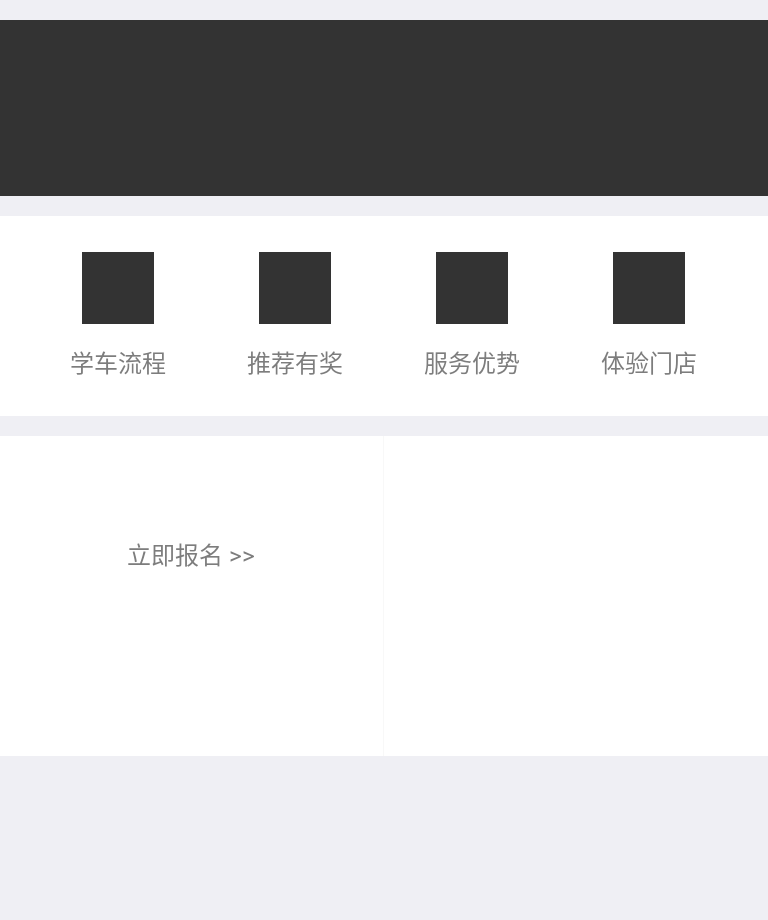
Repository: BugBang/paipaixueche
Layout: DGJP/res/layout/act_home_pager.xml
An editor plug-in stored every save of this project. The layout is shown before and after the next save, followed by the edit.
The pictures show rows 360 to 1280 of an output 1280 px tall.
It is drawn on a 768 x 1280 px phone screen (xhdpi) without system bars, with theme android:Theme; the app's code is not run.

Above is the layout before, as saved 2016-11-11 08:48:20.

### DGJP/res/layout/act_home_pager.xml
<?xml version="1.0" encoding="utf-8"?>

<LinearLayout
    xmlns:android="http://schemas.android.com/apk/res/android"
    xmlns:app="http://schemas.android.com/apk/res-auto"
    android:layout_width="match_parent"
    android:background="@color/gray_bg"
    android:layout_height="match_parent"
    android:orientation="vertical" >
    <RelativeLayout
        android:layout_width="match_parent"
	    android:layout_height="180dp">
       <!-- -->  <com.session.dgjp.view.CarouselView
	        android:id="@+id/top_ad_view"
	        android:layout_width="match_parent"
		    android:layout_height="180dp"
        />
        <RelativeLayout
            android:background="@android:color/transparent"
            android:orientation="horizontal"
            android:layout_width="match_parent"
            android:layout_height="@dimen/view_48"
            >
            <TextView
                android:id="@+id/tv_local"
                android:textColor="@color/white"
                android:layout_centerVertical="true"
                android:layout_marginLeft="@dimen/view_20"
                android:layout_width="wrap_content"
                android:layout_height="wrap_content"
                android:textSize="@dimen/text_medium_xx"
                android:text="@string/home_tv_local"
                />
            <TextView
                android:textColor="@color/white"
                android:layout_centerInParent="true"
                android:layout_width="wrap_content"
                android:layout_height="wrap_content"
                android:textSize="@dimen/text_title"
                android:text="@string/home_tv_title"
                />
            <TextView
                android:id="@+id/tv_call"
                android:textColor="@color/white"
                android:layout_centerVertical="true"
                android:layout_alignParentRight="true"
                android:layout_marginRight="@dimen/view_20"
                android:layout_width="wrap_content"
                android:layout_height="wrap_content"
                android:textSize="@dimen/text_medium_xx"
                android:text="@string/home_tv_call"
                />
        </RelativeLayout>
    </RelativeLayout>

    <ImageView
        android:layout_marginTop="@dimen/view_10"
        android:layout_width="match_parent"
        android:layout_height="@dimen/view_88"
        android:background="@color/black_333333"
        />

    <LinearLayout
        android:paddingLeft="@dimen/view_15"
        android:paddingRight="@dimen/view_15"
        android:orientation="horizontal"
        android:background="@color/white"
        android:layout_marginTop="@dimen/view_10"
        android:layout_width="match_parent"
        android:layout_height="@dimen/view_100"
        >
        <LinearLayout
            android:orientation="vertical"
            android:layout_width="0dp"
            android:layout_weight="1"
            android:gravity="center"
            android:layout_height="match_parent"
            >
            <ImageView
                android:layout_width="@dimen/view_36"
                android:layout_height="@dimen/view_36"
                android:background="@color/black_333333"
                />
            <TextView
                android:layout_marginTop="10dp"
                android:gravity="center"
                android:layout_width="match_parent"
                android:layout_height="wrap_content"
                android:text="学车流程"
                android:textSize="@dimen/text_medium_x"
                android:textColor="@color/text_gray_dark2"
                />

        </LinearLayout>
        <LinearLayout
            android:orientation="vertical"
            android:layout_width="0dp"
            android:layout_weight="1"
            android:gravity="center"
            android:layout_height="match_parent"
            >
            <ImageView
                android:layout_width="@dimen/view_36"
                android:layout_height="@dimen/view_36"
                android:background="@color/black_333333"
                />
            <TextView
                android:layout_marginTop="10dp"
                android:gravity="center"
                android:layout_width="match_parent"
                android:layout_height="wrap_content"
                android:text="推荐有奖"
                android:textSize="@dimen/text_medium_x"
                android:textColor="@color/text_gray_dark2"
                />
        </LinearLayout>
        <LinearLayout
            android:orientation="vertical"
            android:layout_width="0dp"
            android:layout_weight="1"
            android:gravity="center"
            android:layout_height="match_parent"
            >
            <ImageView
                android:layout_width="@dimen/view_36"
                android:layout_height="@dimen/view_36"
                android:background="@color/black_333333"
                />
            <TextView
                android:layout_marginTop="10dp"
                android:gravity="center"
                android:layout_width="match_parent"
                android:layout_height="wrap_content"
                android:text="服务优势"
                android:textSize="@dimen/text_medium_x"
                android:textColor="@color/text_gray_dark2"
                />

        </LinearLayout>
        <LinearLayout
            android:orientation="vertical"
            android:layout_width="0dp"
            android:gravity="center"
            android:layout_weight="1"
            android:layout_height="match_parent"
            >
            <ImageView
                android:layout_width="@dimen/view_36"
                android:layout_height="@dimen/view_36"
                android:background="@color/black_333333"
                />
            <TextView
                android:layout_marginTop="10dp"
                android:gravity="center"
                android:layout_width="match_parent"
                android:layout_height="wrap_content"
                android:text="体验门店"
                android:textSize="@dimen/text_medium_x"
                android:textColor="@color/text_gray_dark2"
                />
        </LinearLayout>


    </LinearLayout>

    <LinearLayout
        android:layout_marginTop="10dp"
        android:layout_width="match_parent"
        android:layout_height="160dp"
        android:orientation="horizontal"
        android:background="@color/white"
        >
        <LinearLayout
            android:gravity="center"
            android:layout_width="0dp"
            android:orientation="vertical"
            android:layout_weight="1"
            android:layout_height="match_parent"
            >
            <TextView
                android:layout_width="wrap_content"
                android:layout_height="wrap_content"
                android:text="立即报名 >>"
                android:textSize="@dimen/text_medium_x"
                android:textColor="@color/text_gray_dark2"
                />
            <ImageView
                android:layout_width="@dimen/view_42"
                android:layout_height="@dimen/view_42"
                />

        </LinearLayout>
        <View
            android:layout_height="match_parent"
            android:layout_width="0.5dp"
            android:background="@color/gray_F8F8F8"
            />

         <LinearLayout
             android:gravity="center"
            android:layout_width="0dp"
            android:layout_weight="1"
            android:layout_height="match_parent"
            >

        </LinearLayout>

    </LinearLayout>

</LinearLayout>

### DGJP/res/values/colors.xml
<?xml version="1.0" encoding="utf-8"?>
<resources>

    <color name="common_background">#EBEBEB</color>
    <color name="common_background_transparent">#AAEBEBEB</color>
    <color name="dialog_background">#EEEEEE</color>
    <color name="text_title">#555555</color>
    <color name="divider">#D2D2D2</color>
    <color name="blue">#1990DE</color>
    <color name="blue_00BFF3">#00BFF3</color>
    <color name="red">#FF3000</color>
    <color name="red_FF0808">#FF0808</color>
    <color name="red_pressed">#DD2222</color>
    <color name="pure_red">#FF0000</color>
    <color name="gray">#B8B8B8</color>
    <color name="blue_press">#0F7CC4</color>
    <color name="stroke_blue">#1990DE</color>
    <color name="white">#FFFFFF</color>
    <color name="bg_message_time">#F4F4F4</color>
    <color name="green_00A00B">#00A00B</color>
    <color name="gray_666666">#666666</color>
    <color name="gray_999999">#999999</color>
    <color name="gray_A8A8A8">#A8A8A8</color>
    <color name="gray_ADADAD">#ADADAD</color>
    <color name="gray_9B9B9B">#9B9B9B</color>
    <color name="gray_EFEFEF">#EFEFEF</color>
    <color name="gray_F3F3F3">#F3F3F3</color>
    <color name="gray_A3A3A3">#A3A3A3</color>
    <color name="orange_FF7200">#FF7200</color>
    <color name="orange_E56701">#E56701</color>
    <color name="gray_D7D7D7">#D7D7D7</color>
    <color name="gray_D2D2D2">#D2D2D2</color>
    <color name="gray_EDEDED">#EDEDED</color>
    <color name="yellow_FEB53F">#FEB53F</color>
    <color name="blue_68DAFC">#68DAFC</color>
    <color name="black_333333">#333333</color>
    <color name="gray_888888">#888888</color>
    <color name="gray_F4F4F4">#F4F4F4</color>
    <color name="gray_F2F2F2">#F2F2F2</color>
    <color name="gray_EEEEEE">#EEEEEE</color>
    <color name="gray_989898">#989898</color>
    <color name="gray_CCCCCC">#CCCCCC</color>
    <color name="gray_FAFAFA">#FAFAFA</color>
    <color name="gray_F8F8F8">#F8F8F8</color>
    <color name="gray_bg">#efeff4</color>

    <!-- 字体颜色 -->
    <color name="text_blue">@color/blue</color>
    <color name="text_blue_press">@color/blue_press</color>
    <color name="text_gray">#919191</color>
    <color name="text_white">@color/white</color>
    <color name="text_orange">#FF7200</color>
    <color name="text_hint">#B8B8B8</color>
    <color name="text_msg">#707070</color>
    <color name="text_black">#333333</color>
    <color name="text_gray_dark">#888888</color>
    <color name="text_gray_dark2">#7d7d7d</color>
    <color name="text_about_version">#9E9E9E</color>
    <color name="text_about_declare">#AAAAAA</color>
    <color name="text_id_blue">#0E6CEC</color>
    <color name="radio_text_normal">#606060</color>
    <color name="red_FC7D0D">#FC7D0D</color>

    <!-- 扫描二维码 -->
    <color name="result_view">#b0000000</color>
    <color name="viewfinder_mask">#60000000</color>
    <color name="possible_result_points">#00000000</color>

</resources>

### DGJP/res/values/dimens.xml
<?xml version="1.0" encoding="utf-8"?>
<resources>
    <!-- 界面 -->
    <dimen name="title_height">49dp</dimen>
    <dimen name="divider">1px</dimen>
    <dimen name="divider_minus">-1px</dimen>
    <dimen name="stroke">@dimen/view_1</dimen>
    <dimen name="btn_corner">3dp</dimen>
    <dimen name="dialog_corner">5dp</dimen>
    <dimen name="stroke_null">-1dp</dimen>
    <dimen name="msg_ring">18dp</dimen>
    <dimen name="about_logo">56dp</dimen>

    <!-- 常量 -->
    <dimen name="view_minus_1">-1dp</dimen>
    <dimen name="view_0">0dp</dimen>
    <dimen name="view_1">1dp</dimen>
    <dimen name="view_2">2dp</dimen>
    <dimen name="view_2_5">2.5dp</dimen>
    <dimen name="view_3">3dp</dimen>
    <dimen name="view_3_5">3.5dp</dimen>
    <dimen name="view_4">4dp</dimen>
    <dimen name="view_5">5dp</dimen>
    <dimen name="view_6">6dp</dimen>
    <dimen name="view_6_5">6.5dp</dimen>
    <dimen name="view_7">7dp</dimen>
    <dimen name="view_7_5">7.5dp</dimen>
    <dimen name="view_8">8dp</dimen>
    <dimen name="view_9">9dp</dimen>
    <dimen name="view_10">10dp</dimen>
    <dimen name="view_11">11dp</dimen>
    <dimen name="view_12">12dp</dimen>
    <dimen name="view_13">13dp</dimen>
    <dimen name="view_14">14dp</dimen>
    <dimen name="view_15">15dp</dimen>
    <dimen name="view_16">16dp</dimen>
    <dimen name="view_17">17dp</dimen>
    <dimen name="view_18">18dp</dimen>
    <dimen name="view_19">19dp</dimen>
    <dimen name="view_20">20dp</dimen>
    <dimen name="view_21">21dp</dimen>
    <dimen name="view_22">22dp</dimen>
    <dimen name="view_23">23dp</dimen>
    <dimen name="view_25">25dp</dimen>
    <dimen name="view_24">24dp</dimen>
    <dimen name="view_26">26dp</dimen>
    <dimen name="view_27">27dp</dimen>
    <dimen name="view_29">29dp</dimen>
    <dimen name="view_30">30dp</dimen>
    <dimen name="view_31">31dp</dimen>
    <dimen name="view_32">32dp</dimen>
    <dimen name="view_33">33dp</dimen>
    <dimen name="view_34">34dp</dimen>
    <dimen name="view_35">35dp</dimen>
    <dimen name="view_36">36dp</dimen>
    <dimen name="view_39">39dp</dimen>
    <dimen name="view_40">40dp</dimen>
    <dimen name="view_42">42dp</dimen>
    <dimen name="view_44">44dp</dimen>
    <dimen name="view_48">48dp</dimen>
    <dimen name="view_49">49dp</dimen>
    <dimen name="view_50">50dp</dimen>
    <dimen name="view_60">60dp</dimen>
    <dimen name="view_65">65dp</dimen>
    <dimen name="view_68">68dp</dimen>
    <dimen name="view_74">74dp</dimen>
    <dimen name="view_80">80dp</dimen>
    <dimen name="view_88">88dp</dimen>
    <dimen name="view_100">100dp</dimen>
    <dimen name="view_136">136dp</dimen>
    <dimen name="view_150">150dp</dimen>
    <dimen name="view_170">170dp</dimen>
    <dimen name="view_180">180dp</dimen>
    <dimen name="view_234">234dp</dimen>
    <dimen name="view_260">260dp</dimen>

    <!-- 引用常量的配置 -->
    <dimen name="login_logo_padding">@dimen/view_30</dimen>
    <dimen name="et_right">@dimen/view_0</dimen>
    <dimen name="et_corner">@dimen/view_1</dimen>
    <dimen name="pager_paddding">8.5dp</dimen>
    <dimen name="et_login_height">@dimen/view_50</dimen>
    <dimen name="et_paddding">@dimen/view_15</dimen>
    <dimen name="et_drawable_paddding">@dimen/view_5</dimen>
    <dimen name="btn_small">@dimen/view_30</dimen>
    <dimen name="btn_medium">36.5dp</dimen>
    <dimen name="login_et_margin_top">@dimen/view_30</dimen>
    <dimen name="about_menu_height">@dimen/view_50</dimen>
    <dimen name="about_person_info_height">@dimen/view_30</dimen>

    <!-- 字体 -->
    <!-- <dimen name="text_small">13sp</dimen>
    <dimen name="text_small_x">14sp</dimen> -->
    <dimen name="text_small">9sp</dimen>
    <dimen name="text_9_5">9.5sp</dimen>
    <dimen name="text_small_x">10sp</dimen>
    <dimen name="text_medium">11sp</dimen>
    <dimen name="text_medium_x">12sp</dimen>
    <dimen name="text_12_5">12.5sp</dimen>
    <dimen name="text_medium_xx">13sp</dimen>
    <dimen name="text_medium_xxx">14sp</dimen>
    <dimen name="text_large">15sp</dimen>
    <dimen name="text_title">16sp</dimen>
    <dimen name="text_btn">18sp</dimen>
    <dimen name="password_text">15sp</dimen>
</resources>

### DGJP/res/values/strings.xml
<?xml version="1.0" encoding="utf-8"?>
<resources>

    <!-- 通用 -->
    <string name="colon">：</string>
    <string name="confirm">确定</string>
    <string name="cancel">取消</string>
    <string name="default_error_msg">应用异常，请稍后重试</string>
    <string name="query_datas_fail">查询数据失败，请稍后重试</string>
    <string name="no_data">无记录</string>
    <string name="unknown">未知</string>
    <string name="querying">正在查询</string>
    <string name="submitting_request">正在提交请求</string>
    <string name="submit_fail">请求失败</string>
    <string name="operation_success">操作成功</string>
    <string name="back">返回</string>
    <string name="hint">提示</string>

    <!-- 密码 -->
    <string name="set_password_hint">请设置您的支付密码以便后续操作</string>
    <string name="set_password">设置支付密码</string>
    <string name="modify_password">修改支付密码</string>
    <string name="old_password">原密码</string>
    <string name="new_password">新密码</string>
    <string name="new_password_again">确认新密码</string>
    <string name="hint_old">请输入原密码</string>
    <string name="hint_new">请输入6位数字的新密码</string>
    <string name="hint_new_again">请再次输入新密码</string>
    <string name="id_card">身份证号码</string>
    <string name="id_card_hint">请输入身份证号码</string>
    <string name="verify_code">验证码</string>
    <string name="save">保存</string>

    <!-- 预约时间选择 -->
    <string name="select_date">选择日期</string>
    <string name="select_period">选择时段</string>
    <string name="app_name">拍拍学车</string>
    <string name="version_name">1.0.7</string>

    <!-- 扫描二维码 -->
    <string name="scan">扫描二维码</string>
    <string name="scan_text">将二维码放入框内，即可自动扫描</string>
    <string name="scan_result_abnormal">扫描结果异常</string>

    <!-- 登录 -->
    <string name="hint_input_phone">请输入手机号码</string>
    <string name="hint_input_captcha">请输入验证码</string>
    <string name="get_captcha">获取验证码</string>
    <string name="login">登录</string>
    <string name="register">注册</string>
    <string name="toast_input_phone">请输入手机号码</string>
    <string name="toast_input_right_phone">请输入正确的手机号码</string>
    <string name="toast_get_captcha">请先获取验证码</string>
    <string name="toast_input_captcha">请输入验证码</string>
    <string name="toast_input_right_captcha">请输入正确的验证码</string>

    <!-- 注册 -->
    <string name="name">请输入姓名</string>
    <string name="id_num">请输入身份证号码</string>
    <string name="region">请选择所在地区</string>
    <string name="branch_sch">请选择报名分校</string>

    <!-- 个人中心 -->
    <string name="logout">退出登录</string>
    <string name="about">关于</string>
    <string name="personal_center">个人中心</string>
    <string name="modify_pay_pwd">修改支付密码</string>
    <string name="reset_pay_pwd">重置支付密码</string>
    <string name="my_wallet">我的钱包</string>
    <string name="my_coupon">我的优惠券</string>
    <string name="personal_info">个人资料</string>
    <string name="version_update">版本更新</string>
    <string name="declare">声明：</string>
    <string name="id">身份证号码：</string>
    <string name="address">住址：</string>
    <string name="school_registration">报名分校：</string>
    <string name="time_registration">报名时间：</string>
    <string name="contact_phone">联系电话：</string>
    <string name="balance">当前余额：</string>
    <string name="balance2">余额：</string>
    <string name="yuan">元</string>
    <string name="rmb">￥</string>
    <string name="unusable_coupon">查看不可用券</string>

    <!-- 主页 -->
    <!-- 预约教练 -->
    <string name="order_times">预约次数</string>
    <string name="order">单</string>
    <string name="book">预约</string>
    <string name="search_by_trainer_name">按教练姓名查询</string>
    <string name="search_school_yard">搜索培训分校场地</string>
    <string name="service_phone">服务电话</string>
    <string name="phone">电话</string>
    <string name="_address">地址</string>
    <string name="vicinity">附近</string>
    <string name="school_no_trainer">该分校没有可预约教练</string>
    <string name="your_apply_school">您的报名分校</string>
    <string name="your_last_school">您上一次培训场地</string>
    <string name="my_location">我的位置</string>

    <!-- 地图 -->
    <string name="school_no_location">该分校没有提供位置信息</string>

    <!-- 我的预约 -->
    <string name="my_order">我的预约</string>
    <string name="training_record">培训记录</string>
    <string name="waiting_confirm">待确认</string>
    <string name="confirmed">已确认</string>
    <string name="in_training">培训中</string>
    <string name="cancel_order">取消订单</string>
    <string name="start_sign_in">开始签到</string>
    <string name="end_sign_in">结束签到</string>
    <string name="training_course">培训课程</string>
    <string name="order_time">预约时间</string>
    <string name="order_trainer">预约教练</string>
    <string name="order_status">订单状态</string>
    <string name="course">课程</string>
    <string name="time">时间</string>
    <string name="trainer">教练</string>
    <string name="status">状态</string>
    <string name="confirm_order">确认订单</string>
    <string name="pay">支付</string>
    <string name="operate_fail_update_app">操作失败，请更新应用</string>

    <!-- 历史订单 -->
    <string name="history_order">历史订单</string>
    <string name="finished">完成</string>
    <string name="evaled">查看评价</string>
    <string name="_eval">评价</string>
    <string name="training_car">培训车辆</string>

    <!-- 预约学车 -->
    <string name="period">学时</string>
    <string name="training_period">培训学时</string>
    <string name="training_address">培训地址</string>
    <string name="submit_order">提交订单</string>
    <string name="booking_driving_training">预约学车</string>
    <string name="car">车辆</string>
    <string name="select_car">选择车辆</string>
    <string name="get_cars_fail">获取车辆信息失败</string>
    <string name="fee">费用</string>
    <string name="training_fee">培训费用</string>
    <string name="actual_payment">实际支付</string>
    <string name="please_select_car">请选择车辆</string>
    <string name="please_select_period">请选择时段</string>
    <string name="period_must_be_consecutive">必须选择连续的预约时段</string>
    <string name="trainer_no_order">该教练暂无可预约时段</string>
    <string name="course_no_order">该科目未来7天内没有培训计划</string>
    <string name="_trainer_name">教练姓名</string>
    <string name="belong_school">所属分校</string>
    <string name="branch_school">分校</string>
    <string name="order_detail">订单详情</string>
    <string name="canceling_order">正在取消订单</string>
    <string name="cancel_fail">取消失败</string>

    <!-- 支付 -->
    <string name="order_payment">订单支付</string>
    <string name="pay_password">支付密码</string>
    <string name="please_input_pay_password">请输入支付密码。</string>
    <string name="payment_verification">支付验证</string>
    <string name="unselect_coupon">不使用优惠券</string>
    <string name="settlement_amount">结算金额</string>
    <string name="original_price">原价</string>
    <string name="_original_price">原&#8195;价</string>
    <string name="preferential_price">活动价</string>
    <string name="preferential_amount">已优惠</string>
    <string name="pay_type">支付方式</string>
    <string name="we_chat">微信</string>
    <string name="alipay">支付宝</string>
    <string name="query_pay_type_fail">查询支付方式失败</string>
    <string name="please_select_pay_type">请选择支付方式</string>
    <string name="paying">正在支付</string>
    <string name="pay_fail">支付失败</string>
    <string name="confirm_payment">确认支付</string>
    <string name="pay_fee">支付费用</string>
    <string name="remaining_time">剩余时间</string>
    <string name="please_select_yue">结算金额为0.00元，请使用余额支付。</string>
    <string name="balance_insufficient">余额不足</string>

    <!-- 我的消息 -->
    <string name="my_message">我的消息</string>
    <string name="get_message_fail">获取消息失败</string>
    <string name="delete_message_fail">删除消息失败</string>
    <string name="delete_record_or_not">是否删除该记录？</string>

    <string-array name="message_operations">
        <item>删除</item>
    </string-array>

    <!-- 培训点评 -->
    <string name="training_evaluation">培训点评</string>
    <string name="evaluation_detail">评价详情</string>
    <string name="training_complete">培训完成</string>
    <string name="anonymous_evaluation">匿名评价</string>
    <string name="duration">时长</string>
    <string name="submit_anonymous_evaluation">提交匿名评价</string>
    <string name="select_label">选择标签</string>
    <string name="suggestion_and_complaint_hint">其它建议和投诉（内容匿名，学员放心填写）</string>
    <string name="get_labels_fail">获取标签列表失败</string>
    <string name="submit_evaluation_or_not">是否提交评价？</string>

    <!-- 首页底部栏 -->
    <string name="bottom_home">首页</string>
    <string name="bottom_drive">练车</string>
    <string name="person_center">我</string>

     <!-- 首页顶部栏 -->
    <string name="home_tv_local">深圳</string>
    <string name="home_tv_title">拍拍学车</string>
    <string name="home_tv_call">客服</string>


</resources>

After the next save:
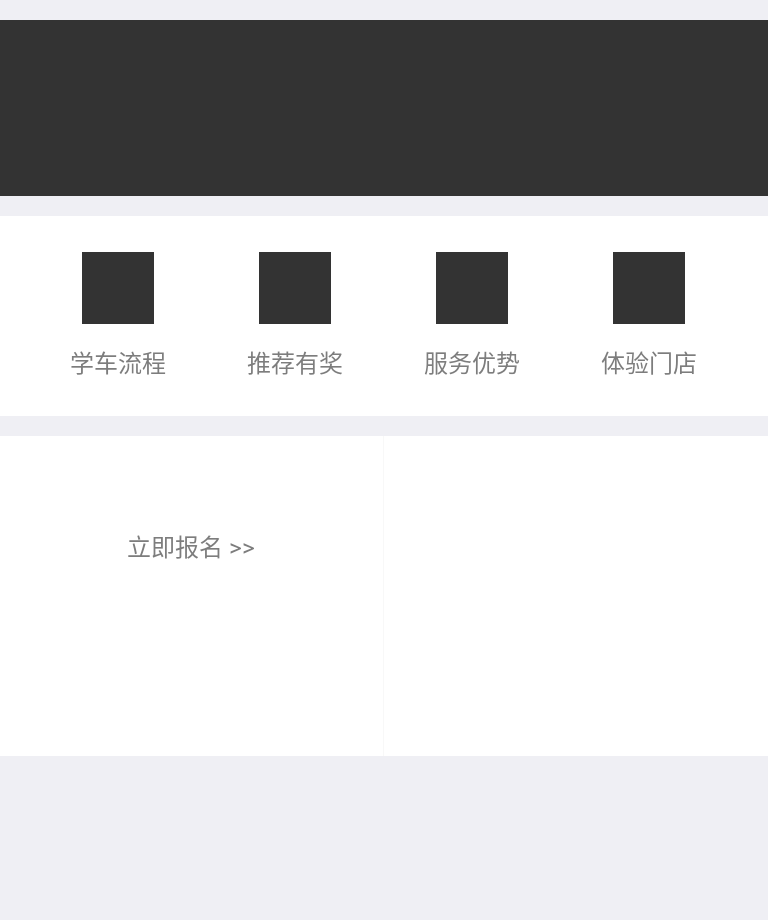
Saved 22 s later.
--- a/DGJP/res/layout/act_home_pager.xml
+++ b/DGJP/res/layout/act_home_pager.xml
@@ -185,8 +185,8 @@
                 android:textColor="@color/text_gray_dark2"
                 />
             <ImageView
-                android:layout_width="@dimen/view_42"
-                android:layout_height="@dimen/view_42"
+                android:layout_width="@dimen/view_50"
+                android:layout_height="@dimen/view_50"
                 />
 
         </LinearLayout>
